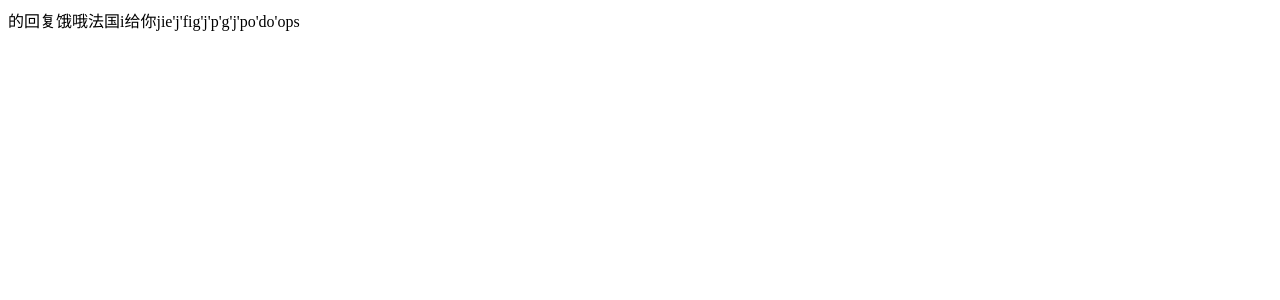
Repository: ljx1197678031/Wed-Design
Page: 01/5.html
These files come from the project's save history. The page is drawn as it stood at one moment and after the next save; the edit follows.
The browser window is 1280 px wide. The pictures show the whole page.

Above is the page before, as saved 2020-06-03 15:44:12.

### 01/5.html
<!DOCTYPE html>
<html lang="en">
<head>
    <meta charset="UTF-8">
    <meta name="viewport" content="width=device-width, initial-scale=1.0">
    <title>Document</title>
</head>
<body>
    的回复饿哦法国i给你jie'j'fig'j'p'g'j'po'do'ops
</body>
</html>

After the next save:
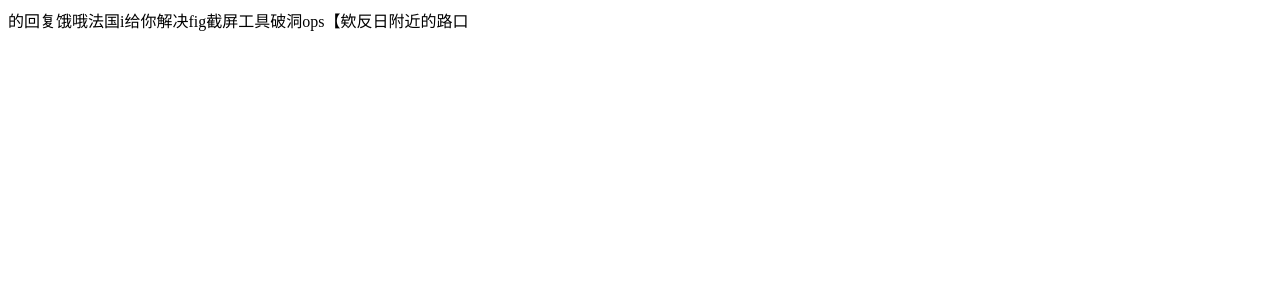
Saved 5 s later.
--- a/01/5.html
+++ b/01/5.html
@@ -6,6 +6,6 @@
     <title>Document</title>
 </head>
 <body>
-    的回复饿哦法国i给你jie'j'fig'j'p'g'j'po'do'ops
+    的回复饿哦法国i给你解决fig截屏工具破洞ops【欸反日附近的路口
 </body>
 </html>
